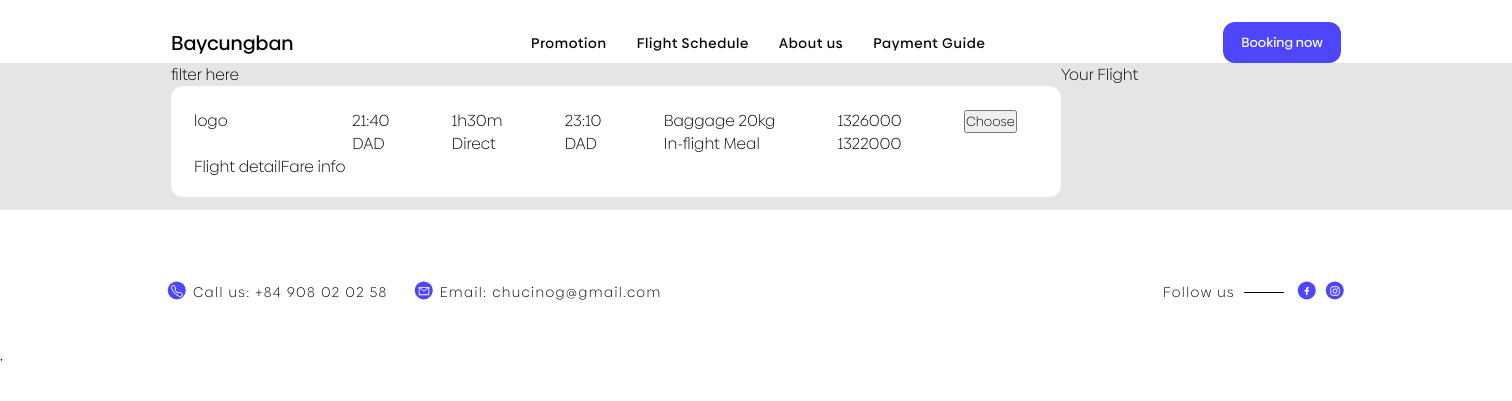
Repository: pinocoding/my-flying
Page: /list (app in my-flying/)
The author's editor kept a copy of each file at every save. The page is drawn from the files as they stood at one save, then again after the next save.
The browser window is 1280 px wide. The page is 1512 px wide, so the pictures cover 1512 px, including what lies to the right of the window. The pictures show the whole page.
The project was rebuilt for these pictures with package versions that can differ from the ones it lists, and the page was loaded fresh each time. Also part of the build but not shown: my-flying/src/components/InDecreaBtn/InDecreaBtn.js, my-flying/src/components/TravelBooking/TravelBooking.css, my-flying/src/components/TravelBooking/TravelBooking.js, my-flying/src/components/home/Home.css, my-flying/src/components/home/Home.js. Imported but missing from the stored project, and not drawn on this page: my-flying/src/reportWebVitals.

Above is the page before, as saved 2022-09-09 17:02:19.

### my-flying/src/index.js
import React from "react";
import ReactDOM from "react-dom/client";
import "./index.css";
import App from "./App";
import reportWebVitals from "./reportWebVitals";
import "./font/SVN-Biennale/Biennale-Bold.otf";
const root = ReactDOM.createRoot(document.getElementById("root"));
root.render(
  <React.StrictMode>
    <App />
  </React.StrictMode>
);

// If you want to start measuring performance in your app, pass a function
// to log results (for example: reportWebVitals(console.log))
// or send to an analytics endpoint. Learn more: https://bit.ly/CRA-vitals
reportWebVitals();

### my-flying/src/index.css
@font-face {
  font-family: "SVN-Biennale";
  src: local("SVN-Biennale"),
    url("./font/SVN-Biennale/Biennale-Light.otf") format("opentype");

  font-weight: 400;
}

@font-face {
  font-family: "SVN-Biennale";
  src: local("SVN-Biennale"),
    url("./font/SVN-Biennale/Biennale-Medium.otf") format("opentype");

  font-weight: 600;
}

### my-flying/src/App.js
import React from "react";

import { render } from "react-dom";
import { BrowserRouter, Routes, Route } from "react-router-dom";
import Home from "../src/components/Home/Home";
import List from "./components/List/List";
import "./App.css";
function App() {
  return (
    <div className="App">
      <BrowserRouter>
        <Routes>
          <Route path="/" element={<Home />} />
          <Route path="/list" element={<List />} />
        </Routes>
      </BrowserRouter>
      ,
    </div>
  );
}

export default App;

### my-flying/src/components/List/List.js
import React from "react";
import Header from "../Header/Header";
import Footer from "../Footer/Footer";
import "./List.css";
import FlightInfor from "../FlightsInfor/FlightInfor";
function List() {
  return (
    <div className="list">
      <Header />

      <div className="list-container">
        <div className="list-infor">
          {" "}
          <div className="list-filter">filter here</div>
          <div className="list-row">
            <FlightInfor />
          </div>
        </div>

        <div className="list-userFlight">Your Flight</div>
      </div>
      <Footer />
    </div>
  );
}

export default List;

### my-flying/src/App.css
* {
  box-sizing: border-box;
  margin: 0;
  padding: 0;
  scroll-behavior: smooth;
  font-family: "SVN-Biennale", Courier, monospace;
}
.App {
  width: 1512px;
  margin: 0 auto;
}

### my-flying/src/components/Header/Header.js
import React from "react";
import "./Header.css";

function Header() {
  return (
    <div className="header">
      <div className="header-logo">
        <div className="header-logo-name">Baycungban</div>
        {/* <div>img</div>
        <div>img</div> */}
      </div>

      <ul className="header-nav">
        <li>
          <a href="/#">Promotion</a>
        </li>
        <li>
          <a href="/flight-schedule">Flight Schedule</a>
        </li>
        <li>
          <a href="/#">About us</a>
        </li>
        <li>
          <a href="/#">Payment Guide</a>
        </li>
      </ul>

      <button className="header-booking">Booking now</button>
    </div>
  );
}

export default Header;

### my-flying/src/components/Footer/Footer.js
import React from "react";
import { BsTelephone } from "react-icons/bs";
import { AiOutlineMail, AiOutlineInstagram } from "react-icons/ai";
import { TiSocialFacebook } from "react-icons/ti";
import "./Footer.css";
function Footer() {
  return (
    <div className="footer">
      <ul>
        <li>
          <a href="/#" className="footer-link">
            <BsTelephone className="footer-icon" />
          </a>
          <span>Call us: +84 908 02 02 58</span>
        </li>

        <li>
          <a href="/#" className="footer-link">
            <AiOutlineMail className="footer-icon" />
          </a>
          <span>Email: chucinog@gmail.com</span>
        </li>
      </ul>

      <div>
        <span className="footer-follow">Follow us</span>
        <a href="/#" className="footer-link footer-facebook">
          <TiSocialFacebook className="footer-icon" />
        </a>
        <a href="/#" className="footer-link">
          <AiOutlineInstagram className="footer-icon" />
        </a>
      </div>
    </div>
  );
}

export default Footer;

### my-flying/src/components/List/List.css
.list-container {
  display: flex;

  background-color: #e5e5e5;
  padding: 0 171px 0 171px;
}

.list-row {
  width: 890px;
  height: 124px;
  border-radius: 12px;
}

### my-flying/src/components/FlightsInfor/FlightInfor.js
import React from "react";
import "./FlightInfor.css";

function FlightInfor() {
  return (
    <div className="flight-container">
      <ul className="flight-list">
        <li>logo</li>
        <li className="flight-name"></li>
        <li className="flight-time">
          <p>21:40</p>
          <p>DAD</p>
        </li>

        <li className="flight-direc">
          <p>1h30m</p>
          <p></p>
          <p>Direct</p>
        </li>
        <li className="flight-time">
          <p>23:10</p>
          <p>DAD</p>
        </li>

        <li className="flight-meal">
          <p>Baggage 20kg </p>
          <p>In-flight Meal </p>
        </li>

        <li className="flight-price">
          <p>1326000</p>
          <p>1322000</p>
        </li>
        <li className="flight-choose">
          <button>Choose</button>
        </li>
      </ul>

      <ul>
        <li>Flight detail</li>
        <li>Fare info</li>
      </ul>
    </div>
  );
}

export default FlightInfor;

### my-flying/src/components/Header/Header.css
.header {
  display: flex;
  justify-content: space-between;
  text-align: center;
  padding: 22px 171px 0 171px;
}
.header-logo {
  display: flex;
}
.header-logo-name {
  font-weight: 600;
  font-size: 20px;
  align-items: center;
  display: flex;
}
.header-nav {
  display: flex;
  list-style: none;
  justify-content: space-between;
  gap: 0 30px;
  align-items: center;
}
.header-nav li a {
  color: rgba(0, 0, 0, 1);
  text-decoration: none;
  font-family: "SVN-Biennale";
  font-style: normal;
  font-weight: 600;
  font-size: 14px;
  line-height: 21px;

  text-align: center;
  letter-spacing: 0.05em;
}
.header-booking {
  background-color: rgba(77, 70, 250, 1);
  color: white;
  height: 41px;
  width: 118px;
  left: 1223px;
  top: 38px;
  border-radius: 12px;
  padding: 10px 16px 10px 16px;
  border: none;
  cursor: pointer;
  font-weight: 600;
}

### my-flying/src/components/Footer/Footer.css
.footer {
  display: flex;
  justify-content: space-between;
  text-align: center;
  width: 100%;
  padding: 70px 171px 40px 171px;
}
.footer ul {
  list-style: none;
  display: flex;
  gap: 0 30px;
}
.footer-link {
  position: relative;
}
.footer-icon {
  color: white;
  font-size: 12px;
}

.footer-link:after {
  content: "";
  position: absolute;
  top: 0;
  left: 0;
  width: 18px;
  height: 18px;
  border-radius: 50%;
  transform: translate(-18%, 8%);
  background-color: #4d46fa;

  z-index: -1;
}
.footer ul li span {
  padding-left: 10px;
  font-family: "SVN-Biennale";
  font-style: normal;
  font-weight: 400;
  font-size: 14px;
  line-height: 21px;
  /* identical to box height */

  letter-spacing: 0.1em;

  color: #000000;
}
.footer-follow {
  width: 72px;
  height: 21px;
  font-family: "SVN-Biennale";
  font-style: normal;
  font-weight: 400;
  font-size: 14px;
  line-height: 21px;
  /* identical to box height */

  letter-spacing: 0.1em;

  color: #000000;

  position: relative;
  margin-right: 50px;
}

.footer-follow:after {
  content: "";
  position: absolute;
  top: 50%;
  right: 0;
  width: 40px;
  height: 1px;
  left: 81px;
  background-color: black;

  z-index: -1;
}
.footer-facebook {
  margin: 0 16px 0 16px;
}

### my-flying/src/components/FlightsInfor/FlightInfor.css
.flight-container {
  width: 100%;
  background: #ffffff;
  border-radius: 12px;
  padding: 23px 15px 19px 23px;
}

.flight-container .flight-list {
  list-style: none;
  display: flex;
  justify-content: space-between;
}

.flight-container ul {
  list-style: none;
  display: flex;
}
.flight-choose {
  width: 82px;
  height: 33px;
}

After the next save:
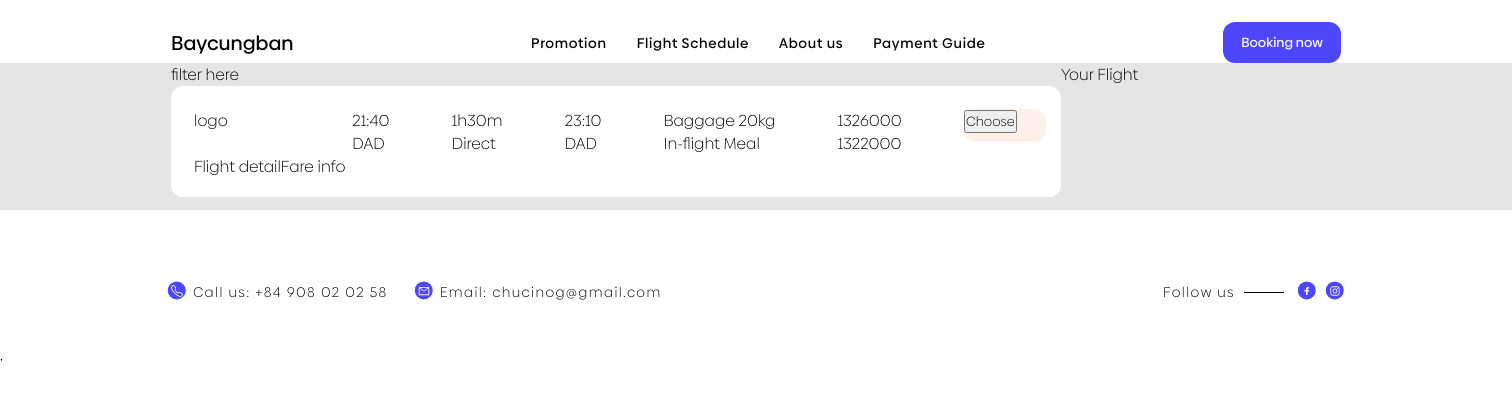
Saved 8 s later.
--- a/my-flying/src/components/FlightsInfor/FlightInfor.css
+++ b/my-flying/src/components/FlightsInfor/FlightInfor.css
@@ -18,4 +18,6 @@
 .flight-choose {
   width: 82px;
   height: 33px;
+  background: rgba(240, 99, 54, 0.1);
+  border-radius: 12px;
 }
